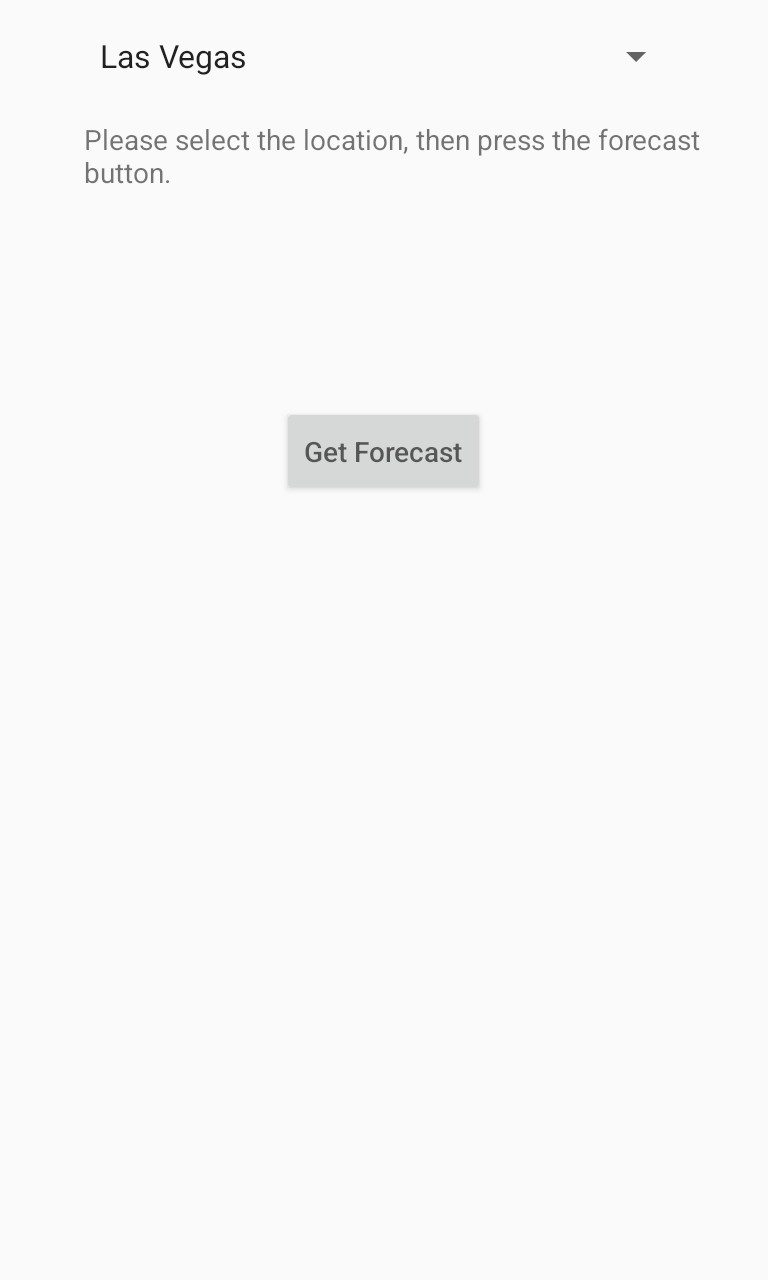
Repository: g80349/Java1
Layout: Week2/Weather/res/layout/activity_main.xml
An editor plug-in stored every save of this project. The layout is shown before and after the next save, followed by the edit.
It is drawn on a 768 x 1280 px phone screen (xhdpi) without system bars, with theme AppTheme; the app's code is not run.

Above is the layout before, as saved 2014-04-10 02:16:46.

### Week2/Weather/res/layout/activity_main.xml
<RelativeLayout xmlns:android="http://schemas.android.com/apk/res/android"
    xmlns:tools="http://schemas.android.com/tools"
    android:layout_width="match_parent"
    android:layout_height="match_parent"
    android:paddingBottom="@dimen/activity_vertical_margin"
    android:paddingLeft="@dimen/activity_horizontal_margin"
    android:paddingRight="@dimen/activity_horizontal_margin"
    android:paddingTop="@dimen/activity_vertical_margin"
    tools:context="com.example.weather.MainActivity$PlaceholderFragment" >

    <Spinner
        android:id="@+id/location"
        android:layout_width="300dp"
        android:layout_height="wrap_content"
        android:layout_alignParentTop="true"
        android:layout_centerHorizontal="true"
        android:entries = "@array/location_array" />

    <Button
        android:id="@+id/enter"
        android:layout_width="wrap_content"
        android:layout_height="wrap_content"
        android:layout_below="@+id/forecast"
        android:layout_centerHorizontal="true"
        android:layout_marginTop="106dp"
        android:hint="@string/enter_button"
        android:onClick="onClick" />

    <TextView
        android:id="@+id/forecast"
        android:layout_width="wrap_content"
        android:layout_height="wrap_content"
        android:layout_alignLeft="@+id/location"
        android:layout_below="@+id/location"
        android:layout_marginTop="20dp"
        android:text="@string/forecast_text" />

</RelativeLayout>

### Week2/Weather/res/values/strings.xml
<?xml version="1.0" encoding="utf-8"?>
<resources>

    <string name="app_name">Weather</string>
    <string name="forecast_text">Please select the location, then press the forecast button.</string>
    <string name="action_settings">Settings</string>
    <string-array name = "location_array">
        <item>Las Vegas</item>
        <item>Henderson</item>
        <item>North Las Vegas</item>
        <item>Stateline</item>
    </string-array>
    <string name="enter_button">Get Forecast</string>

</resources>

Loaded but not shown: Week2/Weather/res/values/styles.xml (common file); Week2/Weather/res/values-v11/styles.xml (common file); Week2/Weather/res/values-v14/styles.xml (common file); Week2/Weather/res/values/dimens.xml (common file); Week2/Weather/res/values-w820dp/dimens.xml (common file)

After the next save:
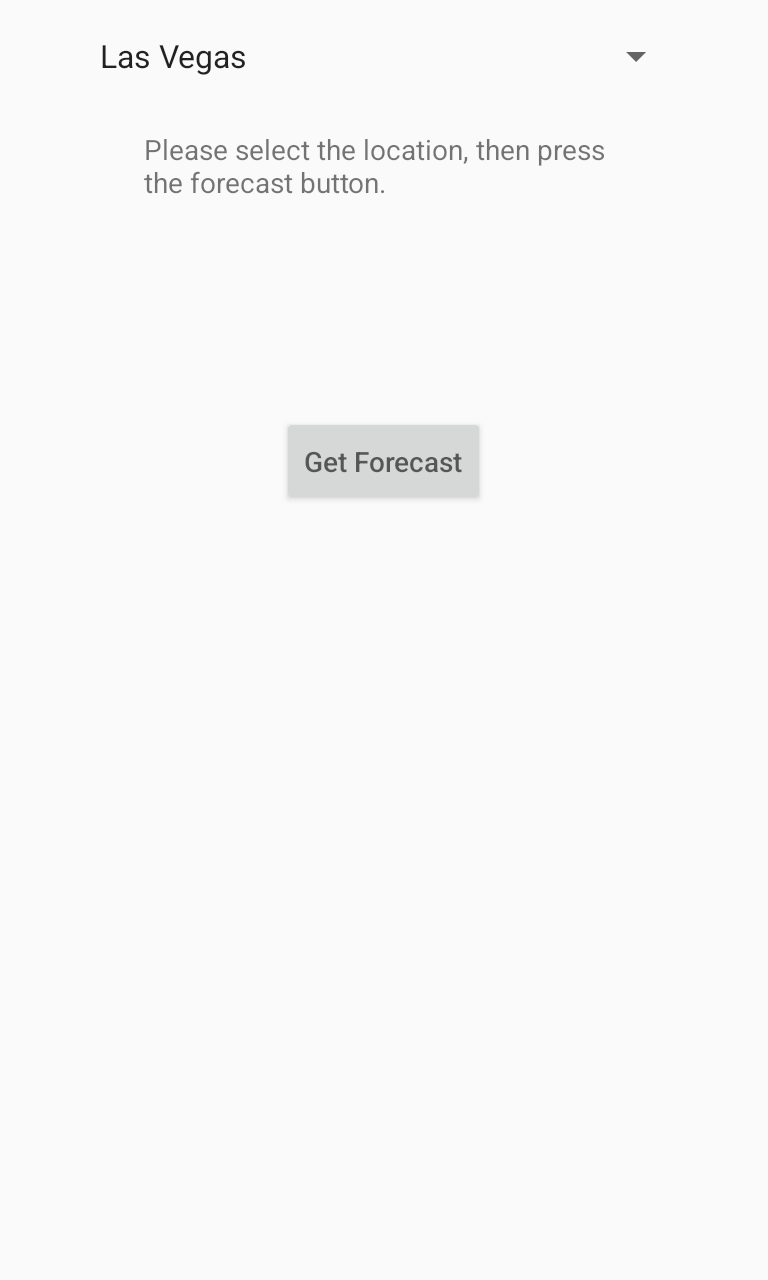
Saved 39 min 12 s later.
--- a/Week2/Weather/res/layout/activity_main.xml
+++ b/Week2/Weather/res/layout/activity_main.xml
@@ -28,11 +28,11 @@
 
     <TextView
         android:id="@+id/forecast"
-        android:layout_width="wrap_content"
+        android:layout_width="240dp"
         android:layout_height="wrap_content"
-        android:layout_alignLeft="@+id/location"
         android:layout_below="@+id/location"
-        android:layout_marginTop="20dp"
+        android:layout_centerHorizontal="true"
+        android:layout_marginTop="25dp"
         android:text="@string/forecast_text" />
 
 </RelativeLayout>
